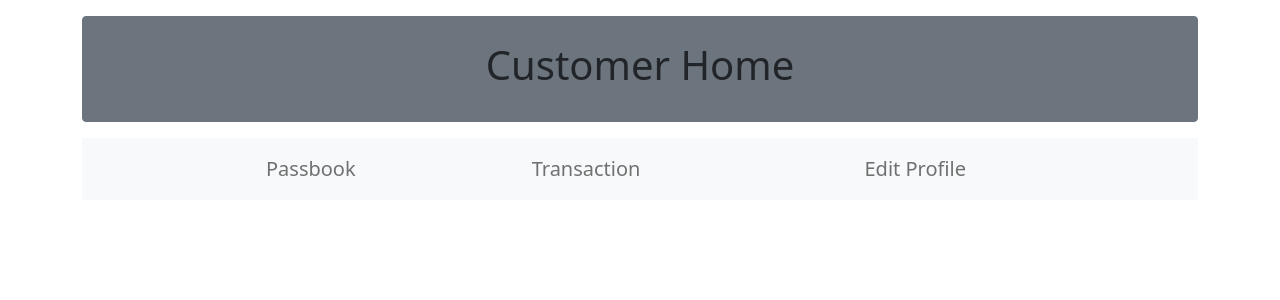
Repository: shivamaninalla/Bank-Application-JSP
Page: http://localhost/10-BankApplication/customer-home.jsp
The author's editor kept a copy of each file at every save. The page is drawn from the files as they stood at one save, then again after the next save.
The browser window is 1280 px wide. The pictures show the whole page.
The page is served by Tomcat 9. Other server files are loaded and not shown.

Above is the page before, as saved 2024-07-19 12:55:24.

### 10-BankApplication/WebContent/customer-home.jsp
<%@ page language="java" contentType="text/html; charset=ISO-8859-1"
    pageEncoding="ISO-8859-1"%>
<%@ taglib uri="http://java.sun.com/jsp/jstl/core" prefix="c"%>
<%@ taglib uri="http://java.sun.com/jsp/jstl/functions" prefix="fn"%>
<link
	href="https://cdn.jsdelivr.net/npm/bootstrap@5.0.2/dist/css/bootstrap.min.css"
	rel="stylesheet"
	integrity="sha384-EVSTQN3/azprG1Anm3QDgpJLIm9Nao0Yz1ztcQTwFspd3yD65VohhpuuCOmLASjC"
	crossorigin="anonymous">
<script
	src="https://cdn.jsdelivr.net/npm/bootstrap@5.0.2/dist/js/bootstrap.bundle.min.js"
	integrity="sha384-MrcW6ZMFYlzcLA8Nl+NtUVF0sA7MsXsP1UyJoMp4YLEuNSfAP+JcXn/tWtIaxVXM"
	crossorigin="anonymous"></script>
<!DOCTYPE html>
<html>
<head>
<meta charset="ISO-8859-1">
<title>Insert title here</title>
</head>
<body>
  <div class="container mt-3">
    <div class="row justify-content-center">
      <div class="col-lg-12">
        <div class="border rounded border-secondary bg-secondary text-center p-4">
          <h1>Customer Home</h1>
        </div>
      </div>
    </div>
    <div class="row justify-content-center mt-3">
      <div class="col-lg-12"> <!-- Changed to col-lg-8 to match the width of the above box -->
        <nav class="navbar navbar-expand-lg navbar-light bg-light">
          <div class="container-fluid justify-content-center">
            <ul class="navbar-nav">
              <li class="nav-item">
                <a class="nav-link fs-5" href="#" style="margin-right: 10rem;">Passbook</a>
              </li>
              <li class="nav-item">
                <a class="nav-link fs-5" href="#" style="margin-right: 10rem;">Transaction</a>
              </li>
              <li class="nav-item">
                <a class="nav-link fs-5 mx-5 mr-5" href="#">Edit Profile</a>
              </li>
            </ul>
            <button class="navbar-toggler>







</body>
</html>

After the next save:
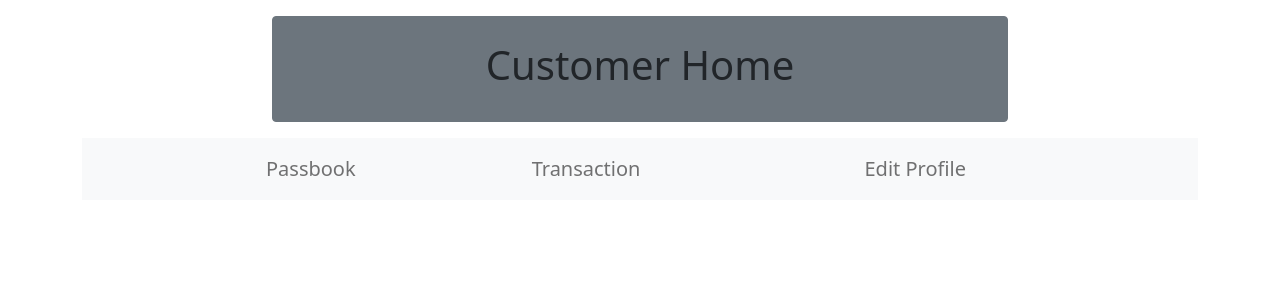
Saved 63 s later.
--- a/10-BankApplication/WebContent/customer-home.jsp
+++ b/10-BankApplication/WebContent/customer-home.jsp
@@ -1,16 +1,10 @@
-<%@ page language="java" contentType="text/html; charset=ISO-8859-1"
-    pageEncoding="ISO-8859-1"%>
+<%@ page language="java" contentType="text/html; charset=ISO-8859-1" pageEncoding="ISO-8859-1"%>
 <%@ taglib uri="http://java.sun.com/jsp/jstl/core" prefix="c"%>
 <%@ taglib uri="http://java.sun.com/jsp/jstl/functions" prefix="fn"%>
-<link
-	href="https://cdn.jsdelivr.net/npm/bootstrap@5.0.2/dist/css/bootstrap.min.css"
-	rel="stylesheet"
-	integrity="sha384-EVSTQN3/azprG1Anm3QDgpJLIm9Nao0Yz1ztcQTwFspd3yD65VohhpuuCOmLASjC"
-	crossorigin="anonymous">
-<script
-	src="https://cdn.jsdelivr.net/npm/bootstrap@5.0.2/dist/js/bootstrap.bundle.min.js"
-	integrity="sha384-MrcW6ZMFYlzcLA8Nl+NtUVF0sA7MsXsP1UyJoMp4YLEuNSfAP+JcXn/tWtIaxVXM"
-	crossorigin="anonymous"></script>
+<link href="https://cdn.jsdelivr.net/npm/bootstrap@5.0.2/dist/css/bootstrap.min.css" rel="stylesheet"
+	integrity="sha384-EVSTQN3/azprG1Anm3QDgpJLIm9Nao0Yz1ztcQTwFspd3yD65VohhpuuCOmLASjC" crossorigin="anonymous">
+<script src="https://cdn.jsdelivr.net/npm/bootstrap@5.0.2/dist/js/bootstrap.bundle.min.js"
+	integrity="sha384-MrcW6ZMFYlzcLA8Nl+NtUVF0sA7MsXsP1UyJoMp4YLEuNSfAP+JcXn/tWtIaxVXM" crossorigin="anonymous"></script>
 <!DOCTYPE html>
 <html>
 <head>
@@ -20,14 +14,14 @@
 <body>
   <div class="container mt-3">
     <div class="row justify-content-center">
-      <div class="col-lg-12">
+      <div class="col-lg-8">
         <div class="border rounded border-secondary bg-secondary text-center p-4">
           <h1>Customer Home</h1>
         </div>
       </div>
     </div>
     <div class="row justify-content-center mt-3">
-      <div class="col-lg-12"> <!-- Changed to col-lg-8 to match the width of the above box -->
+      <div class="col-lg-12">
         <nav class="navbar navbar-expand-lg navbar-light bg-light">
           <div class="container-fluid justify-content-center">
             <ul class="navbar-nav">
@@ -41,13 +35,14 @@
                 <a class="nav-link fs-5 mx-5 mr-5" href="#">Edit Profile</a>
               </li>
             </ul>
-            <button class="navbar-toggler>
-
-
-
-
-
-
-
+            <button class="navbar-toggler" type="button" data-bs-toggle="collapse" data-bs-target="#navbarNav"
+              aria-controls="navbarNav" aria-expanded="false" aria-label="Toggle navigation">
+              <span class="navbar-toggler-icon"></span>
+            </button>
+          </div>
+        </nav>
+      </div>
+    </div>
+  </div>
 </body>
 </html>

After the save that followed:
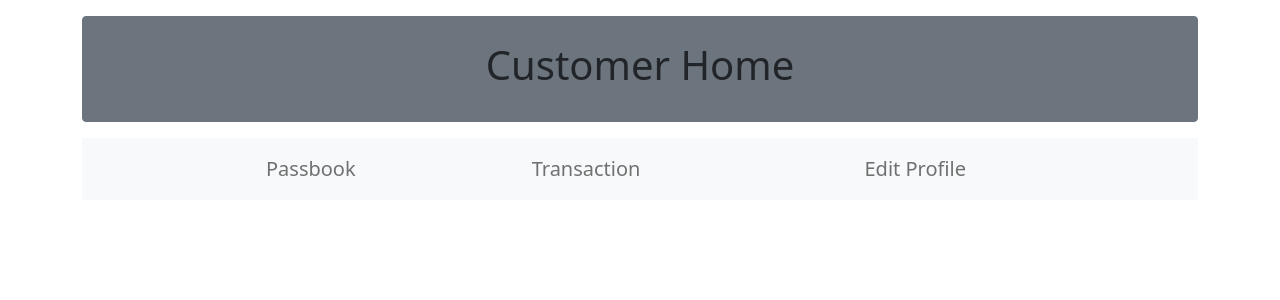
Saved 36 s later.
--- a/10-BankApplication/WebContent/customer-home.jsp
+++ b/10-BankApplication/WebContent/customer-home.jsp
@@ -14,7 +14,7 @@
 <body>
   <div class="container mt-3">
     <div class="row justify-content-center">
-      <div class="col-lg-8">
+      <div class="col-lg-12">
         <div class="border rounded border-secondary bg-secondary text-center p-4">
           <h1>Customer Home</h1>
         </div>
